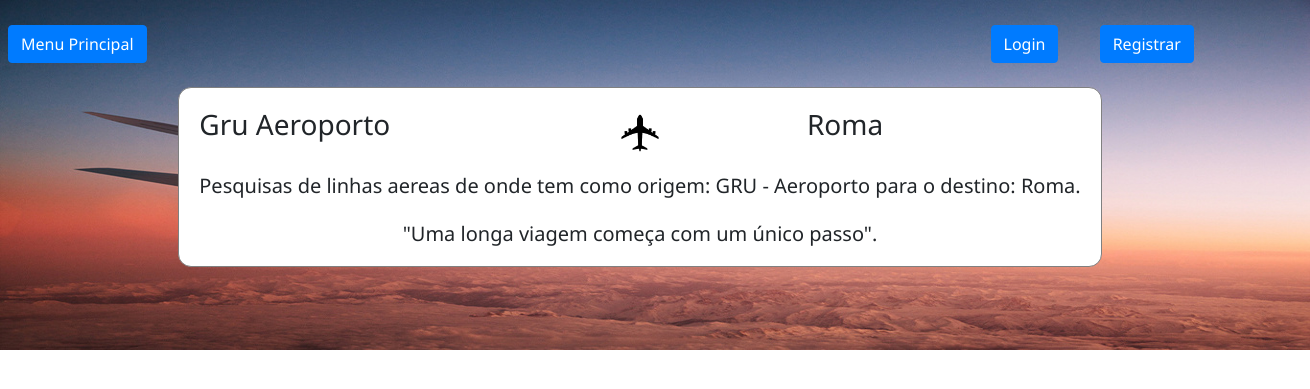
Repository: VictorFlay/Aplicacao-WEB
Page: http://localhost/ProjetoWeb/passagens.jsp
An editor plug-in stored every save of this project. The page is shown before and after the next save, followed by the edit.
The browser window is 1280 px wide. The page is 1310 px wide, so the pictures cover 1310 px, including what lies to the right of the window. The pictures show the whole page.
Some web libraries are served in a nearby version. The page is served by Tomcat 9. Other server files are loaded and not shown.

Above is the page before, as saved 2021-07-14 23:03:21.

### ProjetoWeb/WebContent/passagens.jsp
<%@page import="model.Passagem" %>
<html lang="pt">
<head>

	<%
		String idpassagem = request.getParameter("idpassagem");
		String nome = (String) session.getAttribute("nome");
		String nivelusuario = (String) session.getAttribute("nivelusuario");

	%>

	<%@ page contentType="text/html; charset=UTF-8" %>
	<meta http-equiv="Content-Type" content="text/html; charset=UTF-8" />

    <meta http-equiv="X-UA-Compatible" content="IE=edge">
    <meta name="viewport" content="width=device-width, initial-scale=1.0">
    <link rel="stylesheet" type="text/css" href="css/design.css">
    <script src="https://code.jquery.com/jquery-3.2.1.slim.min.js" integrity="sha384-KJ3o2DKtIkvYIK3UENzmM7KCkRr/rE9/Qpg6aAZGJwFDMVNA/GpGFF93hXpG5KkN" crossorigin="anonymous"></script>

    <!-- Bootstrap CSS -->
    <link rel="stylesheet" href="https://maxcdn.bootstrapcdn.com/bootstrap/4.0.0/css/bootstrap.min.css" integrity="sha384-Gn5384xqQ1aoWXA+058RXPxPg6fy4IWvTNh0E263XmFcJlSAwiGgFAW/dAiS6JXm" crossorigin="anonymous">
    <link rel="stylesheet" type="text/css" href="css/design.css">
 	<script src="https://code.jquery.com/jquery-3.3.1.min.js" integrity="sha256-FgpCb/KJQlLNfOu91ta32o/NMZxltwRo8QtmkMRdAu8=" crossorigin="anonymous"></script>
    <script src="https://cdnjs.cloudflare.com/ajax/libs/popper.js/1.12.9/umd/popper.min.js" integrity="sha384-ApNbgh9B+Y1QKtv3Rn7W3mgPxhU9K/ScQsAP7hUibX39j7fakFPskvXusvfa0b4Q" crossorigin="anonymous"></script>
    <script src="https://maxcdn.bootstrapcdn.com/bootstrap/4.0.0/js/bootstrap.min.js" integrity="sha384-JZR6Spejh4U02d8jOt6vLEHfe/JQGiRRSQQxSfFWpi1MquVdAyjUar5+76PVCmYl" crossorigin="anonymous"></script>
    <meta name="viewport" content="width=device-width, initial-scale=1, shrink-to-fit=no">

    <title>Document</title>

</head>
<body>

	<div class="container-fluid px-0">
		<div class="row">
			<div class="col-12 col-lg-12 center">
				<img src="img/aviao.jpg" class="img-fluid" id="aviaofundo">
			</div>
		</div>


		<div class="row">
			<div class="col-8 col-lg-9 justify-content-between mt-4 ml-2">
	             <a href="index.jsp">
			    	<button type="button" class="btn btn-primary">Menu Principal</button>
			    </a>
	        </div>

        	<% if(nome == null){ %>
    	<div class="col-1 col-lg-1 mt-4">
      			<button type="button" class="btn btn-primary" data-toggle="modal" data-target="#login" data-whatever="@mdo">Login</button>

				<div class="modal fade" id="login" tabindex="-1" role="dialog" aria-labelledby="exampleModalLabel" aria-hidden="true">
				  <div class="modal-dialog" role="document">
				    <div class="modal-content">
				      <div class="modal-header">
				        <h5 class="modal-title" id="exampleModalLabel">Login</h5>
				        <button type="button" class="close" data-dismiss="modal" aria-label="Close">
				          <span aria-hidden="true">&times;</span>
				        </button>
				      </div>
				      <div class="modal-body">
				        <form method="POST" id="login-form">
				          <div class="form-group">
				          	<div class="alert alert-danger center" role="alert" id="errologin">

							</div>

				            <label for="login" class="col-form-label">Login:</label>
				            <input type="text" class="form-control" id="username" name="username">
				          </div>

				          <div class="form-group">

							<label for="senha" class="col-form-label">Senha:</label>
				            <input type="password" class="form-control" id="senha" name="senha">

				          </div>




				      <div class="modal-footer">
				        <button type="button" class="btn btn-secondary" data-dismiss="modal">Close</button>
				        <button type="submit" class="btn btn-primary">Send message</button>
				      </div>
				      </form>
				      </div>
				    </div>
				  </div>
				</div>



    </div>

<div class="col-1 col-lg-1 mt-4">
      			<button type="button" class="btn btn-primary" data-toggle="modal" data-target="#registrar" data-whatever="@mdo">Registrar</button>

				<div class="modal fade" id="registrar" tabindex="-1" role="dialog" aria-labelledby="exampleModalLabel" aria-hidden="true">
				  <div class="modal-dialog" role="document">
				    <div class="modal-content">
				      <div class="modal-header">
				        <h5 class="modal-title" id="exampleModalLabel">Registrar</h5>
				        <button type="button" class="close" data-dismiss="modal" aria-label="Close">
				          <span aria-hidden="true">&times;</span>
				        </button>
				      </div>
				      <div class="modal-body">
				        <form method="POST" id="register-form">
				        	<div class="alert alert-danger center" role="alert" id="erro">
  								Nome ou Login já cadastrado!
							</div>
				          <div class="form-group">
				            <label for="nome" class="col-form-label">Nome Completo:</label>
				            <input type="text" class="form-control" id="nome" name="nome">
				          </div>

				          <div class="form-group">
							<label for="login" class="col-form-label">Login:</label>
				            <input type="text" class="form-control" id="cxlogin" name="cxlogin">
				          </div>

				          <div class="form-group">
							<label for="senha" class="col-form-label">Senha:</label>
				            <input type="password" class="form-control" id="cxsenha" name="cxsenha">
				          </div>

				         <div class="form-row">
						<div class="form-group col-md-6">
							<label for="telefone" class="col-form-label">Telefone:</label>
				            <input type="text" class="form-control" id="telefone" placeholder="Digite seu telefone..." name="telefone">
				          </div>


						<div class="form-group col-md-3 ml-4">
							<label for="estado" class="col-form-label">Estado</label>
      						<select id="estado" class="form-control">
	        					<option value="AC" selected>AC</option>
	       						<option value="AL">AL</option>
	       						<option value="AP">AP</option>
	       						<option value="AM">AM</option>
	       						<option value="BA">BA</option>
	       						<option value="CE">CE</option>
	       						<option value="ES">ES</option>
	       						<option value="GO">GO</option>
	       						<option value="MA">MA</option>
	       						<option value="MT">MT</option>
	       						<option value="MS">MS</option>
	       						<option value="MG">MG</option>
	       						<option value="PA">PA</option>
	       						<option value="PB">PB</option>
	       						<option value="PR">PR</option>
	       						<option value="PE">PE</option>
	       						<option value="PI">PI</option>
	       						<option value="RJ">RJ</option>
	       						<option value="RN">RN</option>
	       						<option value="RS">RS</option>
	       						<option value="RO">RO</option>
	       						<option value="RR">RR</option>
	       						<option value="SC">SC</option>
	       						<option value="SP">SP</option>
	       						<option value="SE">SE</option>
	       						<option value="TO">TO</option>
	       						<option value="DF">DF</option>
      						</select>
						</div>
				      </div>


				      <div class="modal-footer">
				        <button type="button" class="btn btn-secondary" data-dismiss="modal">Close</button>
				        <button type="submit" class="btn btn-primary">Send message</button>
				      </div>
				      </form>
				      </div>
				    </div>
				  </div>
				</div>
  			</div>
	<% }

	else{
	%>
		<div class="row justify-content-end">
			<div class="col-4 col-lg-1 mt-4 ml-4">
				<a href="deslogar.jsp?pag=2&idpassagem=<%=idpassagem%>">
				<button type="button" class="btn btn-primary">Deslogar</button>
		        </a>
		    </div>
	    </div>

	<% } %>

        </div>


        		<div class="row mt-4">
				<div class="col d-flex justify-content-center">
					<div class="card" id="card">
				 <div class="card-body">
				 <div class="row">
				 	<div class="col-4">
				 		<h3 class="card-title">Gru Aeroporto</h3>
				 	</div>

				 	<div class="col d-flex justify-content-center">
				 		<img src="img/aviaopequeno.png" aria-hidden="true" id="aviaopequeno">
				 	</div>


				 	<div class="col-4 align-items-end">
				 		<h3 class="card-title">Roma</h3>
				 	</div>
				 </div>

				<p class="card-text mt-3 h5">Pesquisas de linhas aereas de onde tem como origem: GRU - Aeroporto para o destino: Roma.</p>

				<div class="col d-flex justify-content-center">
					<p class="card-text mt-3 h5">"Uma longa viagem começa com um único passo".</p>
				</div>
				</div>
				</div>
	        </div>
    	</div>












	</div>


















	<script src="https://code.jquery.com/jquery-3.3.1.min.js" integrity="sha256-FgpCb/KJQlLNfOu91ta32o/NMZxltwRo8QtmkMRdAu8=" crossorigin="anonymous"></script>
	<script type="text/javascript" src="js/script.js"></script>
</body>

### ProjetoWeb/WebContent/css/design.css
.form-group {
    margin-right: -10px;
}

#errobusca{
	display: none;
	color: white;
    z-index: 0;
    font-size: 18px;
    font-weight: bold;
}



#barra{
    width: 200px;
    height: 50px;
    border: 1px solid;
    border-radius: 15px;
    position: absolute;
    z-index: 0;
    background-color: white;
    opacity: 0.19;
    font-weight: bold;
    top: 0px;
}

#errologin{
	display:none;
}

.buscarloca{
	position: relative;
	widht: 100%;
	align-items: stretch;
    height: 200px;
    border: 1px solid;
    border-radius: 15px;
    z-index: 1;
    background-color: white;
    font-weight: bold;
    top: 0px;
   	visibility: hidden;
}

.buscarclasse{
	position: relative;
	widht: 100%;
	align-items: stretch;
    height: 70px;
    border: 1px solid;
    border-radius: 15px;
    background-color: white;
    font-weight: bold;
   	visibility: hidden;
}

.classe{
    width: 300px;
    height: 60px;
    border: 1px solid;
    border-radius: 15px;
    z-index: 0;
    background-color: white;
    background: rgba(0, 0, 0, 0.19);
    font-weight: bold;
    top: 0px;
}

#erro{
	display:none;
	}


#origem{
    width: 200px;
    height: 50px;
    border: 1px solid;
    border-radius: 15px;
    z-index: 0;
    background-color: white;
    background: rgba(0, 0, 0, 0.19);
    font-weight: bold;
    top: 0px;

}

.buscarlocalizacao{
	position: relative;
	display: flex;
    width: 300px;
    height: 60px;
    border: 1px solid;
    border-radius: 15px;
    background-color: white;
    background: rgba(0, 0, 0, 0.19);
    font-weight: bold;
    top: 0px;


}


.buscarlinha{
	width: 100px;
    height: 60px;
    border: 1px solid;
    border-radius: 15px;
    z-index: 0;
    background-color: white;
    background: rgba(0, 0, 0, 0.19);
    font-weight: bold;
    top: 0px;
}


#destino{
    width: 200px;
    height: 50px;
    border: 1px solid;
    border-radius: 15px;
    z-index: 0;
    background-color: white;
    background: rgba(0, 0, 0, 0.19);
    font-weight: bold;
    top: 0px;

}

#calendario{
    width: 200px;
    height: 50px;
    border: 1px solid;
    border-radius: 15px;
    z-index: 0;
    background-color: white;
    background: rgba(0, 0, 0, 0.19);
    font-weight: bold;
    top: 0px;

}

#iconecalendario{
    top: 12px;
    position: absolute;
}

#passageiro{
    width: 250px;
    height: 50px;
    border: 1px solid;
    border-radius: 15px;
    z-index: 0;
    background-color: white;
    background: rgba(0, 0, 0, 0.19);
    font-weight: bold;
    top: 0px;
}

#mensagem{
    color: rgb(2, 35, 2);
    z-index: 3;
    font-weight: bold;
    font-size: 30px;
    white-space: nowrap;
}

#mensagem2{
    color: white;

    z-index: 3;
    font-weight: bold;
    font-size: 20px;
    left: 10px;
    top: 3px;
    display: block;
    opacity: 1;
}

#radios{
    color: white;
    font-size: 17px;
    font-weight: bold;
    white-space: nowrap;
}

#radio1{
    width: 20px;
    height: 20px;
    color: green;
}


#corpo{
    position: absolute;
    top: 325px;
}

#corpo2{
	position: relative;
	top: 580px;

}


#barrapassageiro2{
    width: 300px;
    height: 350px;
    left: 695px;
    border: 1px solid;
    border-radius: 15px;
    position: absolute;
    z-index: 0;
    background-color: white;
    top: 0px;
    font-weight: bold;
}

.quartabarra{
    cursor: pointer;
}



.barrapassageiroescondido{
    z-index: 3;
    user-select:none;
    top: 0px;
}

.perfil{
	width: 50px;
	height: 50px;
}

#txt{
    position: absolute;
    z-index: 1;
}


#aviao{
    left: 190px;
    top:5px;
    position: absolute;
    z-index: 1;
}



.aeroporto{
	display: flex;
    width: 300px;
    height: 60px;
    border: 1px solid;
    border-radius: 15px;
    z-index: 0;
    background-color: white;
    background: rgba(0, 0, 0, 0.19);
    font-weight: bold;
    top: 0px;

}

.buscar{
    width: 120px;
    height: 50px;
    left: 975px;

    border-color: grey;
    border-radius: 10px;
    position: absolute;
    z-index: 3;
    background-color: #30503A;
    top: 0px;
}

.buscarvoo{
    color: white;
    position: absolute;

    z-index: 1;
    font-weight: bold;
    font-size: 15px;
    left: 20px;
    top: 16px;
}

* {
    margin: 0;
    padding: 0;
    border: 0;
    outline: none;
    list-style: none;
    text-decoration: none;
    font-family: segoe ui, helvetica neue, helvetica, arial, sans-serif;
    line-height: 1;
  }

  body {
    font-size: 16px;
  }




.jss1{
    color: white;
    position: absolute;
    z-index: 3;
    font-weight: bold;
    font-size: 20px;
    left: 10px;
    top: 3px;
    display: block;
    opacity: 1;
}

.jss2{
    color: white;
    position: absolute;
    z-index: 1000;
    font-size: 13px;
    left: 10px;
    top: 30px;
    opacity: 0.70;
    white-space: nowrap;
}

.jss3{
    color: white;
    position: absolute;
    z-index: 1;
    font-weight: bold;
    font-size: 20px;
    top: 3px;
}

.jss4{
    color: white;
    position: absolute;
    z-index: 1;
    font-size: 13px;
    top: 30px;
    opacity: 0.70;
}

.jss5{
    color: white;
    position: absolute;
    z-index: 1;
    font-size: 13px;
    left: 60px;
    top: 18px;
    opacity: 0.70;
}

.jss6{
    color: white;
    position: absolute;
    z-index: 1;
    font-size: 13px;
    left: 60px;
    top: 18px;
    opacity: 0.70;
}

.jss7{
    color: black;
    position: absolute;
    z-index: 1;
    font-size: 13px;
    left: 740px;
    top: 18px;

}

hr.jss8{
    border-top: 1px solid grey;
    position: absolute;
    z-index: 1;
    width: 240px;
    top: 31px;
    left: 725px;
}

hr.jss14{
    border-top: 1px solid grey;
    position: absolute;
    z-index: 1;
    width: 240px;
    top: 180px;
    left: 725px;
}

.jss9{
    color: black;
    position: absolute;
    z-index: 1;
    font-size: 11px;
    left: 710px;
    top: 60px;
    font-weight: bold;
}

.jss10{
    color: black;
    position: absolute;
    z-index: 1;
    font-size: 20px;
    left: 710px;
    top: 80px;
    font-weight: bold;
}

.jss11{
    color: black;
    position: absolute;
    z-index: 1;
    font-size: 15px;
    left: 710px;
    top: 105px;

}

.jss12{
    color: black;
    position: absolute;
    z-index: 1;
    font-size: 20px;
    left: 710px;
    top: 140px;
    font-weight: bold;
}

.jss13{
    color: black;
    position: absolute;
    z-index: 1;
    font-size: 15px;
    left: 710px;
    top: 165px;
}

.jss15{
    color: black;
    position: absolute;
    z-index: 1;
    font-size: 11px;
    left: 710px;
    top: 210px;
    font-weight: bold;
}

.jss16{
    width: 125px;
    height: 50px;
    background-color: cornflowerblue;
    position: absolute;
    left: 710px;
    top: 235px;
    border-radius: 10px;
    color: black;
    border: 1px solid;
    border-color: grey;
    -webkit-box-sizing: border-box;
    -moz-box-sizing: border-box;
    box-sizing: border-box;
    -webkit-appearance: none;
    -moz-appearance: none;
    appearance: none;
    cursor: pointer;
}



.jss17{
    width: 125px;
    height: 50px;
    position: absolute;
    left: 855px;
    top: 235px;
    border-radius: 10px;
    color: black;
    border: 1px solid;
    border-color: grey;
    -webkit-box-sizing: border-box;
    -moz-box-sizing: border-box;
    box-sizing: border-box;
    -webkit-appearance: none;
    -moz-appearance: none;
    appearance: none;
    cursor: pointer;

}

.jss18{
    color: black;
    position: absolute;
    z-index: 2;
    font-size: 12px;
    left: 722px;
    top: 253px;
    font-weight: bold;
    cursor: pointer;
    user-select:none;
}

.jss19{
    color: black;
    position: absolute;
    z-index: 2;
    font-size: 12px;
    left: 872px;
    top: 253px;
    font-weight: bold;
    cursor: pointer;
    user-select:none;
}

.jss20{
    color: grey;
    position: absolute;
    z-index: 2;
    font-size: 15px;
    left: 810px;
    top: 300px;
    font-weight: bold;

}

.jss21{
    left: 880px;
    top: 85px;
    font-weight: bold;
    position: absolute;

}

.jss22{
    left: 941px;
    top: 85px;
    font-weight: bold;
    position: absolute;
    cursor: pointer;
}

.jss23{
    left: 919px;
    top: 86px;
    position: absolute;
    font-size: 25px;
    font-weight: bold;
    font-family: arial;
    color:black;
    width: 15px;
    user-select:none;
}

.jss25{
    left: 880px;
    top: 145px;
    font-weight: bold;
    position: absolute;
}

.jss26{
    left: 941px;
    top: 145px;
    font-weight: bold;
    position: absolute;
}



.jss28{
    left: 919px;
    top: 146px;
    position: absolute;
    font-size: 25px;
    font-weight: bold;
    font-family: arial;
    color:black;
    width: 15px;
    user-select:none;
}

.jss29{
    color: white;
    font-size: 17px;
    font-weight: bold;
    white-space: nowrap;
}


.jss30{
    color: white;
    position: absolute;
    z-index: 3;
    font-weight: bold;
    font-size: 22px;
    left: 10px;
    top: 3px;
    display: block;
    opacity: 1;
    white-space: nowrap;
}

.jss31{
    color: white;
    position: absolute;
    z-index: 1000;
    font-size: 15px;
    left: 10px;
    top: 30px;
    opacity: 0.70;
    white-space: nowrap;
}

.jss32{
	color: black;
    z-index: 2;
    font-size: 22px;
    opacity: 1;
    white-space: nowrap;
    position: relative;
}

.jss33{
    color: white;
    position: absolute;
    z-index: 1000;
    font-size: 15px;
    left: 10px;
    top: 30px;
    opacity: 0.70;
    white-space: nowrap;
}

.jss35{
	color: white;
    position: absolute;
    z-index: 1000;
    font-size: 15px;
    left: 10px;
    top: 30px;
    opacity: 0.70;
    white-space: nowrap;
}





#aumentardiminuir{
    top: 600px;

    width: 10px;
    height: 10px;
    position: absolute;
    left: 100px;
}

#testar{
	position: absolute;
}

.corpo{
	width: 1366px;
	height: 900px;
	border: 1px solid;
	position: relative;
	top: 300px;
}


.container{
    margin: 0 auto;
}

#logo{
    width: 100%;
}






.msg{
    color: rgb(2, 35, 2);
    z-index: 3;
    font-weight: bold;
    font-size: 30px;
}


#imagem{
    position: absolute;
    width: 1366px;
}

#aviaofundo{
	position: absolute;
	height: 350px;
	widht: 100%;
}

#aviaopequeno{
	width: 50px;
	height: 50px;
}

.card-img-top {
    width: 100%;
    height: 15vw;
    object-fit: cover;
}

@media only screen and (max-width: 1366px) and (min-width: 769px){
	.dr{
	left: 140px;
	}
}

@media only screen and (max-width: 991px) and (min-width: 540px){
	.dr{
	left: 90px;
	}

	#aviaofundo{
		position: absolute;
		height: 350px;
		width: 100%;
	}

	#imagem{
		position: absolute;
		height: 300px;
		width: 100%;
	}


}

#card{
	border-radius: 13px;
	border-color: grey;
	widht: 18rem;
}

#titulo{
	top: 100px;
}


#menuadm{
	position: absolute;
	width: 1366px;
	height: 225px;
	image-rendering: auto;
  	image-rendering: crisp-edges;
  	image-rendering: pixelated;
  	opacity: 0.6;
}

#historico{
	position: absolute;
	width: 1366px;
	height: 200px;
	image-rendering: auto;
  	image-rendering: crisp-edges;
  	image-rendering: pixelated;
}


.bloco{
	widht: 50px;
	height: 50px;
}

### ProjetoWeb/WebContent/js/script.js
$(document).ready(function(){


	$('.primeirabarra').click(function(){
            $('.origem').css({'visibility': 'visible'});
        });



    $('.quartabarra').click(function(){
        $('.barrapassageiroescondido').css({'visibility': 'visible'});
    });



    var countadulto = 0;

    $('.jss22').click(function(){
        if(countadulto >= 0 && countadulto < 9){
            countadulto++;
            $('.jss23').val(countadulto);
            var i = countadulto;
            if(i > 0){
                $('.jss153').attr("src", "img/diminuir.png");
            }
            if(i == 9){
                $('.jss154').attr("src", "img/aumentardesativado.png");
                $('.jss22').css({'cursor': 'default'});
            }
            aplicar($('.jss23').val(), $('.jss28').val());
        }
    });


    $('.jss21').click(function(){
        if(countadulto > 0 && countadulto <= 9){
            countadulto--;
            $('.jss23').val(countadulto);
            $('.jss154').attr("src", "img/aumentar.png");
            if(countadulto == 0){
                $('.jss153').attr("src", "img/diminuirdesativado.png");
            }
            aplicar($('.jss23').val(), $('.jss28').val());
        }
    });





    var countcrianca = 0;

$('.jss26').click(function(){
    if(countcrianca >= 0 && countcrianca < 9){
        countcrianca++;
        $('.jss28').val(countcrianca);
        var i = countcrianca;
        if(i > 0){
            $('.jss155').attr("src", "img/diminuir.png");
        }
        if(i == 9){
            $('.jss156').attr("src", "img/aumentardesativado.png");
            $('.jss26').css({'cursor': 'default'});
        }
        aplicar($('.jss23').val(), $('.jss28').val());
    }
});

$('.jss25').click(function(){
    if(countcrianca > 0 && countcrianca <= 9){
        countcrianca--;
        $('.jss28').val(countcrianca);
        $('.jss156').attr("src", "img/aumentar.png");
        if(countcrianca == 0){
            $('.jss155').attr("src", "img/diminuirdesativado.png");
        }
        aplicar($('.jss23').val(), $('.jss28').val());
    }
});



function aplicar(adulto, crianca){
        if(adulto > 0 || crianca > 0){
            $('.jss20').css({'color': 'black', 'cursor': 'pointer'});
        }
        if(adulto == 0 && crianca == 0){
            $('.jss20').css({'color': 'grey', 'cursor': 'default'});
        }

    }






    $('.jss152').click(function(){
        $('.jss16').css({'background-color': 'white'});
        $('.jss17').css({'background-color': 'cornflowerblue'});
        $('.jss17').prop('checked', true);
    });

    $('.jss151').click(function(){
        $('.jss18').prop('disabled', true);
        $('.jss16').css({'background-color': 'cornflowerblue'});
        $('.jss17').css({'background-color': 'white'});
        $('.jss16').prop('checked', true);
    });







        $('#aumentar').click(function(){
            count++;
            $('.jss69').val(count);
        });

        $('#diminuir').click(function(){
            count--;
            $('#testar').text(count);
        });


        $('.jss20').prop("readonly", true);


		$( '#login-form' ).submit(function(event){

			event.preventDefault();
			var data ={
					login: $('#username').val(),
					senha: $('#senha').val(),
			}



			$.ajax({
				url: "/ProjetoWeb/Auth",
				type: "post",
				dataType: "json",
				data: data,
				success: function(data, textStatus, jqXHR){
					if(data.status){

						window.location.href = $(location).attr('href');
					}else{
						$( '#errologin' ).text( data.mensagem );
						$( '#errologin' ).css({'display': 'block'});
					}

				}
			})





		});



		$( '#register-form' ).submit(function(event){

			event.preventDefault();
			var data ={
					nome: $('#nome').val(),
					login: $('#cxlogin').val(),
					senha: $('#cxsenha').val(),
					telefone: $('#telefone').val(),
					estado: $('#estado').val()
			}


			$.ajax({
				url: "/ProjetoWeb/Register",
				type: "post",
				dataType: "json",
				data: data,
				success: function(data, textStatus, jqXHR){
					if(data.status){
						alert(data.mensagem);
						window.location.href = 'teste1.jsp';
					}else{
						$( '#erro' ).text( data.mensagem );
						$( '#erro' ).css({'display': 'block'});
					}

				}
			})

		});

});

After the next save:
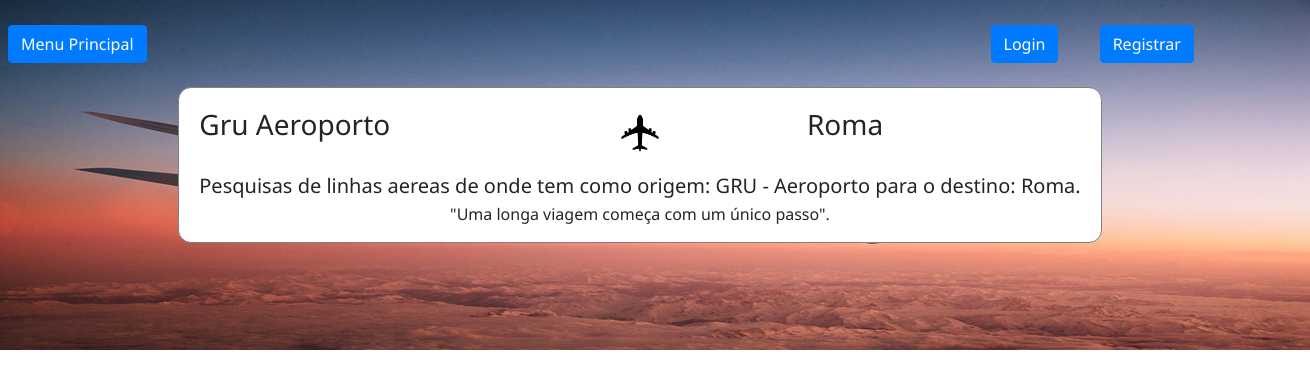
Saved 15 s later.
--- a/ProjetoWeb/WebContent/passagens.jsp
+++ b/ProjetoWeb/WebContent/passagens.jsp
@@ -216,7 +216,7 @@
 				<p class="card-text mt-3 h5">Pesquisas de linhas aereas de onde tem como origem: GRU - Aeroporto para o destino: Roma.</p>
 
 				<div class="col d-flex justify-content-center">
-					<p class="card-text mt-3 h5">"Uma longa viagem começa com um único passo".</p>
+					<p class="card-text">"Uma longa viagem começa com um único passo".</p>
 				</div>
 				</div>
 				</div>
